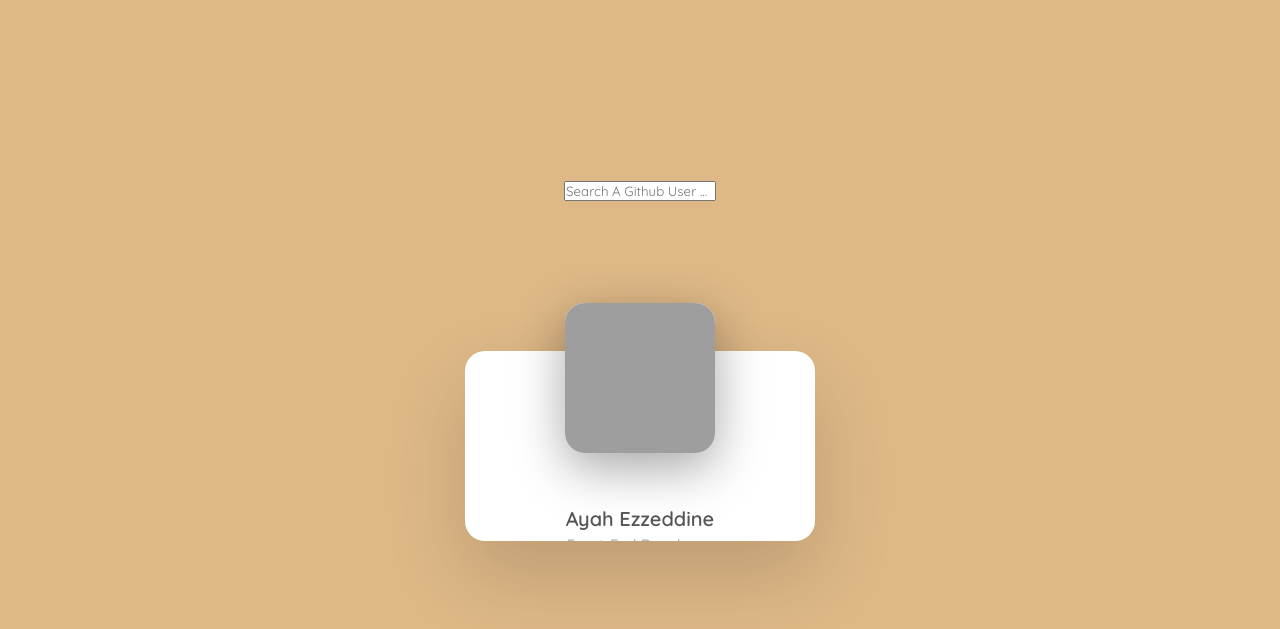
Repository: ayah1996/Github-Profiles
Page: index.html
These files come from the project's save history. The page is drawn as it stood at one moment and after the next save; the edit follows.
The browser window is 1280 px wide. The pictures show the whole page.
Pictures or frames that could not be fetched are drawn as grey boxes. The page's requests for data from a server got no answer.

Above is the page before, as saved 2023-01-26 14:35:28.

After the next save:
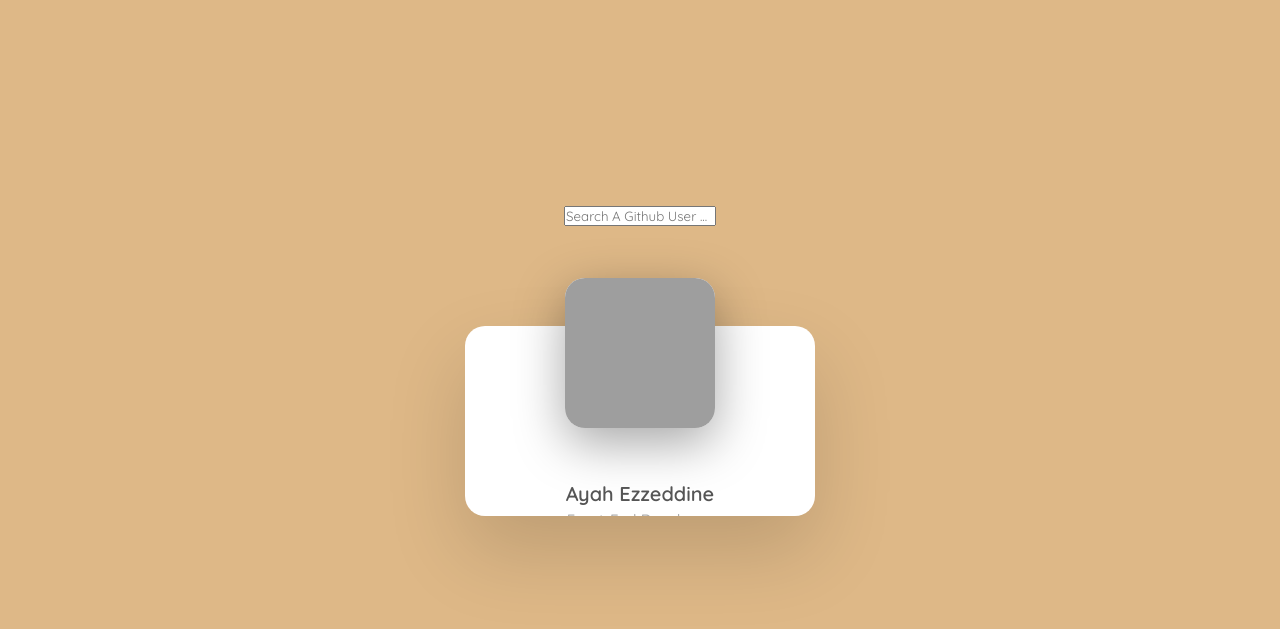
Saved 9 s later.
--- a/style.css
+++ b/style.css
@@ -20,7 +20,7 @@ body {
   background-color: burlywood;
 }
 #form {
-  margin-bottom: 150px;
+  margin-bottom: 100px;
 }
 
 .card {
